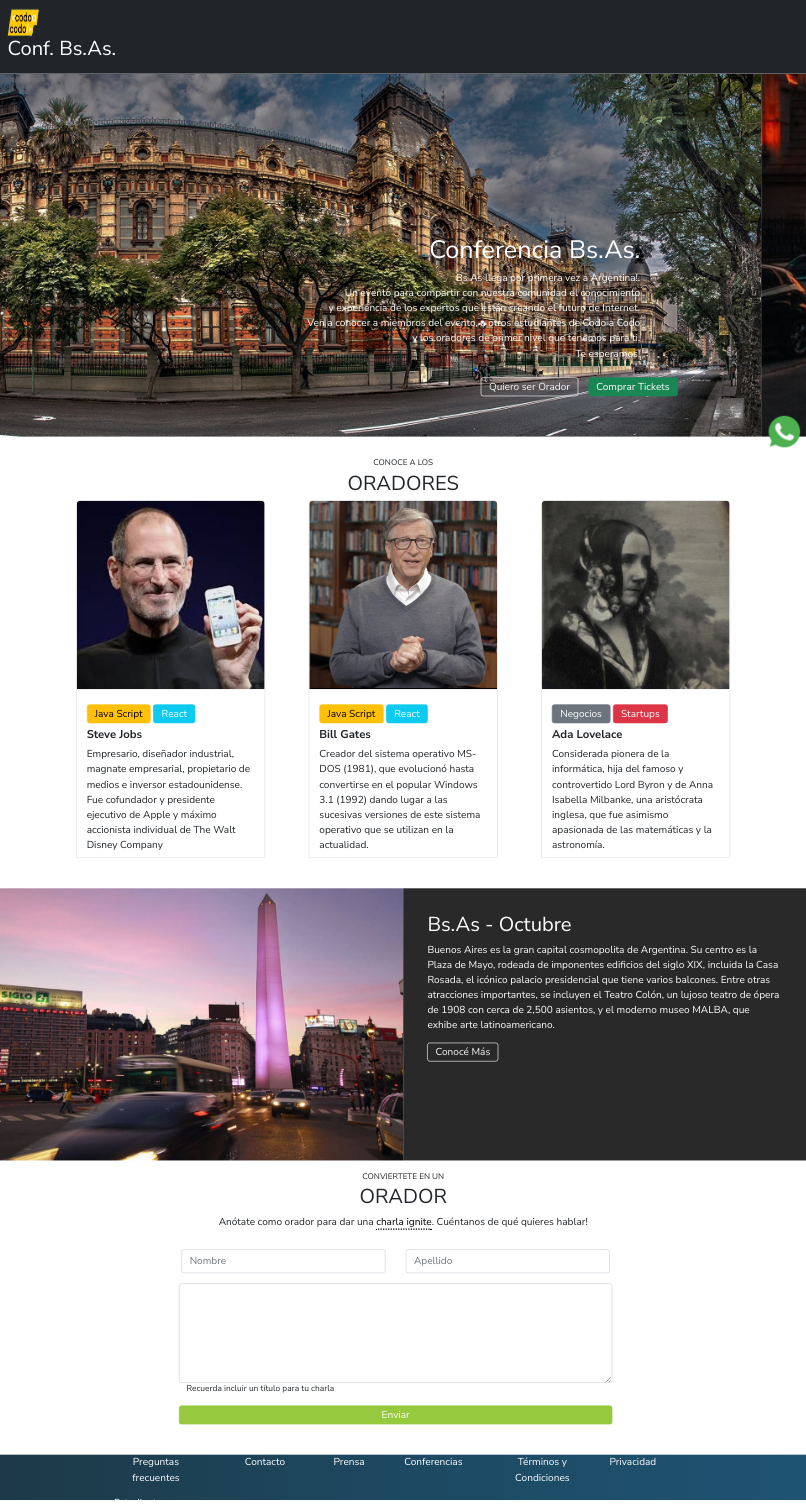
Repository: Melire/trabajo-final-BS
Page: index.html
An editor plug-in stored every save of this project. The page is shown before and after the next save, followed by the edit.
The browser window is 1280 px wide. The pictures show the whole page, at 63% of full size.

Above is the page before, as saved 2023-05-11 18:36:22.

### index.html
<!DOCTYPE html>
<html lang="es">

<head>
    <meta charset="UTF-8">
    <meta http-equiv="X-UA-Compatible" content="IE=edge">
    <meta name="viewport" content="width=device-width, initial-scale=1.0">
    <title>Proyecto Melisa Renovales Wolcan</title>
    <link rel="shortcut icon" href="favicon.ico" type="image/x-icon">
    <link href="https://cdn.jsdelivr.net/npm/bootstrap@5.0.2/dist/css/bootstrap.min.css" rel="stylesheet"
        integrity="sha384-EVSTQN3/azprG1Anm3QDgpJLIm9Nao0Yz1ztcQTwFspd3yD65VohhpuuCOmLASjC" crossorigin="anonymous">
    <link rel="stylesheet" href="./css/estilos3.css">

</head>

<body>
    <header class="header">

            <!--barra de navegacion BS-->
            <nav>
                <nav class="navbar navbar-dark bg-dark">
                    <div class="container-fluid">
                      <a class="navbar-brand" href="https://www.buenosaires.gob.ar/educacion/codo-codo" target="_blank">
                        <img src="./assets/img/codoacodo.png" alt="Logo" width="50" height="44" class="d-inline-block align-text-top">
                        <h2>Conf. Bs.As.</h2>
                      </a>
                    </div>
                  </nav>
                <!--
                <ul class="nav">
                    <li class="nav-item">
                        <a class="nav-link active" aria-current="page" href="#laConferencia">La Conferencia</a>
                    </li>
                    <li class="nav-item">
                        <a class="nav-link" href="#losOradores">Los Oradores</a>
                    </li>
                    <li class="nav-item">
                        <a class="nav-link" href="#lugarYfecha">Lugar y La Fecha</a>
                    </li>
                    <li class="nav-item">
                        <a class="nav-link" href="#convierteteEnOrador">Conviértete en Orador</a>
                    </li>
                    <a class="nav-link color" href="./pages/comprar_tickets.html">Comprar tickets</a>
                    </li>
                </ul>
            </nav>

        </div>-->
        <!--comportamientos carrousel BS-->
        <section id="laConferencia" class="contenedorCarousel">
            <div id="carouselExampleCaptions" class="carousel slide" data-bs-ride="carousel">
                <div class="carousel-indicators">
                    <div class="carouselNone">
                        <button type="button" data-bs-target="#carouselExampleCaptions" data-bs-slide-to="0"
                            class="active" aria-current="true" aria-label="Slide 1"></button>
                        <button type="button" data-bs-target="#carouselExampleCaptions" data-bs-slide-to="1"
                            aria-label="Slide 2"></button>
                        <button type="button" data-bs-target="#carouselExampleCaptions" data-bs-slide-to="2"
                            aria-label="Slide 3"></button>
                    </div>

                    <!--botones carrousel-->
                    <nav class="container">
                        <div class="botonesCabecera">
                            <a href="#convierteteEnOrador" button type="button" class="btn btn-outline-light">Quiero ser
                                Orador</a>
                            <div class="botonTickets">
                                <a href="./pages/comprar_tickets.html" button type="button"
                                    class="btn btn-success">Comprar
                                    Tickets</a>
                            </div>
                        </div>
                    </nav>
                </div>
                <!--textos y fotos carrousel BS-->
                <div class="carousel-inner">
                    <div class="carousel-item active">
                        <img src="./assets/img/ba1.jpg" class="d-block w-100" alt="Palacio del agua">
                        <div class="carousel-caption d-none d-md-block">
                            <h5 class="texto"> Conferencia Bs.As.</h5>
                            <p> Bs As llega por primera vez a Argentina!.<br /> Un evento para compartir con nuestra
                                comunidad el conocimiento<br /> y experiencia de los expertos que están creando el
                                futuro de Internet.<br />
                                Ven a conocer a miembros del evento, a otros estudiantes de Codo a Codo<br /> y los
                                oradores de primer nivel que tenemos para ti.<br />Te esperamos!</p>
                        </div>
                    </div>
                    <div class="carousel-item">
                        <img src="./assets/img/ba2.jpg" class="d-block w-100" alt="obelisco">
                        <div class="carousel-caption d-none d-md-block">
                            <h5 class="texto">Paseos en bus</h5>
                            <p>Tenemos la mejor selección de tours en español en Argentina<br />
                                ¡y al mejor precio! Descubre todo lo que puedes hacer en la Ciudad de Buenos
                                Aires!<br />
                                Veni a conocer un mágico Buenos Aires<br /> Te invitamos a conocer las costumbres y
                                gastronomía de la vida porteña de antaño</p>
                        </div>
                    </div>
                    <div class="carousel-item">
                        <img src="./assets/img/ba3.jpg" class="d-block w-100" alt="Diagonal sur">
                        <div class="carousel-caption d-none d-md-block">
                            <h5 class="texto">Visitas guiadas en edificios históricos</h5>
                            <p>En nuestras caminatas guiadas,<br /> recorremos los edificios mas hermosos de la
                                ciudad,<br /> llenos de histrorias y misterios.<br /> No te lo pierdas!</p>
                        </div>
                    </div>
                </div>

                <button class="carousel-control-prev" type="button" data-bs-target="#carouselExampleCaptions"
                    data-bs-slide="prev">
                    <span class="carousel-control-prev-icon" aria-hidden="true"></span>
                    <span class="visually-hidden">Previous</span>
                </button>
                <button class="carousel-control-next" type="button" data-bs-target="#carouselExampleCaptions"
                    data-bs-slide="next">
                    <span class="carousel-control-next-icon" aria-hidden="true"></span>
                    <span class="visually-hidden">Next</span>
                </button>
            </div>
        </section>
    </header>

    <!--Oradores BS-->
    <main>
        <section id="losOradores" class="sectionOradores">
            <h2><span class=tituloCh>CONOCE A LOS</span> <br> ORADORES</h2>
            <div class="padreCards">
                <div class="container row row-cols-1 row-cols-md-3 g-3">
                    <div class="col">
                        <div class="card h-100">
                            <img src="./assets/img/steve.jpg" class="card-img-top" alt="Steve Jobs">
                            <div class="buttonsCard">
                                <button type="button" class="btn btn-warning">Java Script</button>
                                <button type="button" class="btn btn-info">React</button>

                            </div>

                            <div class="card-body">
                                <h5 class="card-title"><span>Steve Jobs</span></h5>
                                <p class="card-text">Empresario, diseñador industrial, magnate empresarial, propietario
                                    de medios e inversor
                                    estadounidense. Fue cofundador y presidente ejecutivo de Apple​ y máximo accionista
                                    individual de The Walt Disney Company</p>
                            </div>
                        </div>
                    </div>

                    <div class="col">
                        <div class="card h-100">
                            <img src="./assets/img/bill.jpg" class="card-img-top" alt="Bill Gates">
                            <div class="buttonsCard">
                                <button type="button" class="btn btn-warning">Java Script</button>
                                <button type="button" class="btn btn-info">React</button>
                            </div>
                            <div class="card-body">
                                <h5 class="card-title">Bill Gates</h5>
                                <p class="card-text">Creador del sistema operativo MS-DOS (1981), que evolucionó hasta
                                    convertirse en el popular
                                    Windows 3.1 (1992) dando lugar a las sucesivas versiones de este sistema operativo
                                    que se
                                    utilizan en la actualidad.</p>
                            </div>
                        </div>
                    </div>
                    <div class="col">
                        <div class="card h-100">
                            <img src="./assets/img/ada.jpeg" class="card-img-top" alt="Ada Lovelace">
                            <div class="buttonsCard">
                                <button type="button" class="btn btn-secondary">Negocios</button>
                                <button type="button" class="btn btn-danger">Startups</button>
                            </div>
                            <div class="card-body">
                                <h5 class="card-title">Ada Lovelace</h5>
                                <p class="card-text">Considerada pionera de la informática, hija del famoso y
                                    controvertido Lord Byron y de Anna
                                    Isabella Milbanke, una aristócrata inglesa, que fue asimismo apasionada de las
                                    matemáticas y
                                    la astronomía.</p>
                            </div>
                        </div>
                    </div>
                </div>
            </div>
        </section>
        <section id="lugarYfecha" class="container-fluid">
            <div class="row">
                <div class="col-sm-12 col-md-6 colIzq">

                </div>
                <div class="col-sm-12 col-md-6 colDer">
                    <h2>Bs.As - Octubre</h2>
                    <p>Buenos Aires es la gran capital cosmopolita de Argentina. Su centro es la Plaza de Mayo, rodeada
                        de imponentes edificios del siglo XIX, incluida la Casa Rosada, el icónico palacio presidencial
                        que tiene varios balcones. Entre otras atracciones importantes, se incluyen el Teatro Colón, un
                        lujoso teatro de ópera de 1908 con cerca de 2,500 asientos, y el moderno museo MALBA, que exhibe
                        arte latinoamericano.</p>
                    <a href=""><button type="button" class="btn btn-outline-light">Conocé Más</button></a>
                </div>
        </section>

        <!--Formulario Orador-->
        <section id="convierteteEnOrador" class="formularioOrador container row-cols-1">
            <form>
                <h2><span class="tituloCh"> CONVIERTETE EN UN </span> <br> ORADOR</h2>
                <p>Anótate como orador para dar una <a href="" class="charla">charla ignite</a>.
                    Cuéntanos de qué quieres hablar!</p>

                <div class="mb-3">
                    <div class="datosUser container row ">
                        <div class="imputName col-sm-12  col-md-6 col-lg-4">
                            <input type="text" class="form-control" id="Nombre" placeholder="Nombre">
                        </div>
                        <div class="imputName col-sm-12  col-md-6 col-lg-4">
                            <input type="text" class="form-control" id="Apellido" placeholder="Apellido">
                        </div>

                        <div class="container row col-sm-12  col-md-8 col-lg-8">
                            <textarea class="form-control " id="exampleFormControlTextarea1" rows="6"
                                placeholder="Sobre que quieres hablar?">
                            </textarea>
                                <p class="finalForm">Recuerda incluir un título para tu charla</p>
                        </div>

                            <div class="d-grid gap-2 col-sm-12  col-md-8 col-lg-8">
                                <button class="btn btn-success-color">Enviar</button>
                            </div>
                    </div>
                </div>

            </form>

        </section>
    </main>


    <!--footer BS-->
    <footer class="footer container-fluid mt-5">
        <div class="contenedorFooter row text-center gap-3 w-75 h-100 mx-auto">
            <a class="col-sm-12 col-md-2" href="#Preguntas frecuentes">Preguntas frecuentes</a>
            <a class="col-sm-12 col-md-2" href="#contacto">Contacto</a>
            <a class="col-sm-12 col-md-1" href="#prensa">Prensa</a>
            <a class="col-sm-12 col-md-2" href="#conferencias">Conferencias</a>
            <a class="col-sm-12 col-md-2" href="#condiciones">Términos y Condiciones</a>
            <a class="col-sm-12 col-md-1" href="#privacidad">Privacidad</a>
            <a class="col-sm-12 col-md-1" href="#estudiantes">Estudiantes</a>
        </div>
        <a href=""><img class="wsp" src="./assets/img/whatsapp.png" alt="what"></a>
    </footer>
    <script src="https://cdn.jsdelivr.net/npm/bootstrap@5.0.2/dist/js/bootstrap.bundle.min.js"
        integrity="sha384-MrcW6ZMFYlzcLA8Nl+NtUVF0sA7MsXsP1UyJoMp4YLEuNSfAP+JcXn/tWtIaxVXM"
        crossorigin="anonymous"></script>
</body>

</html>

Loaded but not shown: css/estilos3.css (638 lines, source omitted)

After the next save:
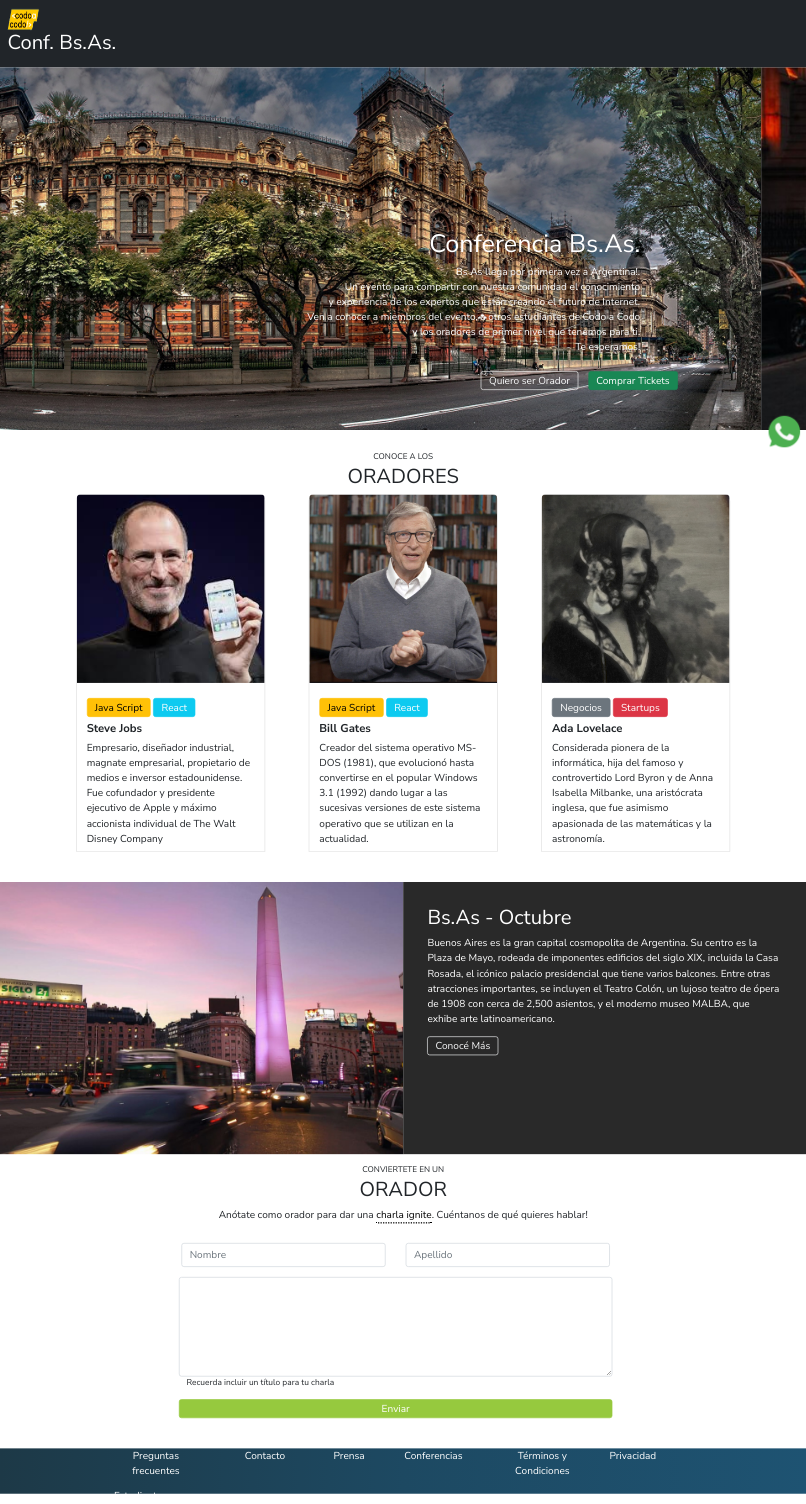
Saved 7 s later.
--- a/index.html
+++ b/index.html
@@ -21,7 +21,7 @@
                 <nav class="navbar navbar-dark bg-dark">
                     <div class="container-fluid">
                       <a class="navbar-brand" href="https://www.buenosaires.gob.ar/educacion/codo-codo" target="_blank">
-                        <img src="./assets/img/codoacodo.png" alt="Logo" width="50" height="44" class="d-inline-block align-text-top">
+                        <img src="./assets/img/codoacodo.png" alt="Logo" width="50" height="34" class="d-inline-block align-text-top">
                         <h2>Conf. Bs.As.</h2>
                       </a>
                     </div>
